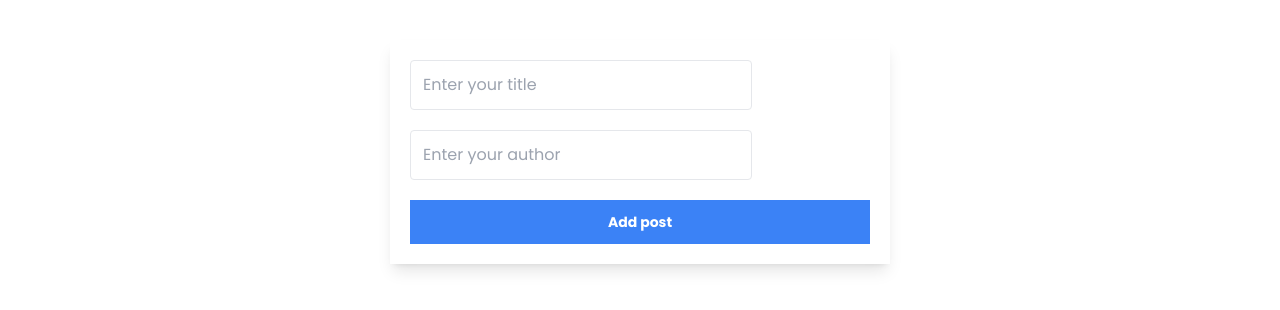
Repository: ThanhPhongsof/React-Course
Page: /
The author's editor kept a copy of each file at every save. The page is drawn from the files as they stood at one save, then again after the next save.
The browser window is 1280 px wide. The pictures show the whole page.
The page's requests for data from a server got no answer. The project was rebuilt for these pictures with package versions that can differ from the ones it lists, and the page was loaded fresh each time. No one was signed in, and anything a server would have sent is missing.

Above is the page before, as saved 2022-04-27 16:59:36.

### src/index.js
import React from "react";
import ReactDOM from "react-dom";
import App from "./App";
import reportWebVitals from "./reportWebVitals";
import "./index.scss";
import { BrowserRouter } from "react-router-dom";

// ReactDOM.render(
//   <React.StrictMode>
//     <BrowserRouter>
//       <App />
//     </BrowserRouter>
//   </React.StrictMode>,
//   document.getElementById("root")
// );

ReactDOM.render(
  <BrowserRouter>
    <App />
  </BrowserRouter>,
  document.getElementById("root")
);

// If you want to start measuring performance in your app, pass a function
// to log results (for example: reportWebVitals(console.log))
// or send to an analytics endpoint. Learn more: https://bit.ly/CRA-vitals
reportWebVitals();

### src/App.js
import React from "react";
import FirebaseApp from "./firebase/FirebaseApp";

const App = () => {
  return (
    <div>
      <FirebaseApp></FirebaseApp>
    </div>
  );
};

export default App;

### src/index.scss
@tailwind base;
@tailwind components;
@tailwind utilities;

@layer base {
  @import url("https://fonts.googleapis.com/css2?family=Poppins:wght@300;400;500;700&display=swap");
  body {
    font-family: "Poppins", sans-serif;
  }
}
.skeleton {
  background-color: #eee;
  background-image: linear-gradient(
    110deg,
    #ececec 8%,
    #f5f5f5 18%,
    #ececec 33%
  );
  background-size: 200% 100%;
  animation: 1.5s shine linear infinite;
}
@keyframes shine {
  to {
    background-position-x: -200%;
  }
}
.zoom-enter .content {
  opacity: 0;
  transform: scale(0.5);
}
.zoom-enter-active .content {
  opacity: 1;
  transform: scale(1);
}
.zoom-exit .content {
  opacity: 1;
}
.zoom-exit-active .content {
  opacity: 0;
  transform: scale(0.5);
}

// Fade

.fade-enter .tooltip {
  opacity: 0;
}
.fade-enter-active .tooltip {
  opacity: 1;
}
.fade-exit .tooltip {
  opacity: 1;
}
.fade-exit-active .tooltip {
  opacity: 0;
}

### src/firebase/FirebaseApp.js
import { collection, getDocs } from "firebase/firestore";
import React, { useEffect } from "react";
import { db } from "./firebase-config";

const FirebaseApp = () => {
  const colRef = collection(db, "posts");

  useEffect(() => {
    // 1. Get collection data (posts)
    getDocs(colRef)
      .then((snapshot) => {
        console.log(snapshot);
        let posts = [];
        snapshot.docs.forEach((doc) => {
          posts.push({
            id: doc.id,
            ...doc.data(),
          });
        });
      })
      .catch((err) => {
        console.log(err);
      });
  }, []);

  return (
    <div className="p-10">
      <div className="w-full max-w-[500px] mx-auto shadow-lg p-5">
        <form>
          <div>
            <input
              type="text"
              name="title"
              className="p-3 mb-5 border border-gray-200 rounded outline-none focus:border-blue-500"
              placeholder="Enter your title"
            />
          </div>
          <div>
            <input
              type="text"
              name="author"
              className="p-3 mb-5 border border-gray-200 rounded outline-none focus:border-blue-500"
              placeholder="Enter your author"
            />
          </div>
          <button
            type="submit"
            className="w-full p-3 text-sm font-semibold text-white bg-blue-500"
          >
            Add post
          </button>
        </form>
      </div>
    </div>
  );
};

export default FirebaseApp;

### src/firebase/firebase-config.js
import { initializeApp } from "firebase/app";
import { getFirestore } from "firebase/firestore";

const firebaseConfig = {
  apiKey: "AIzaSyC355FgwykDKntB_YGE6tMUu9vuh2xR9gM",
  authDomain: "learn-firebase-14a19.firebaseapp.com",
  projectId: "learn-firebase-14a19",
  storageBucket: "learn-firebase-14a19.appspot.com",
  messagingSenderId: "687668366156",
  appId: "1:687668366156:web:1a8d11b45bd537e9fe9de9",
  measurementId: "G-VD0FPZ8499",
};

// Initialize Firebase
const app = initializeApp(firebaseConfig);

// Init services
export const db = getFirestore(app);

### tailwind.config.js
module.exports = {
  content: ["./src/**/*.{js,jsx,ts,tsx}"],
  theme: {
    extend: {
      backgroundImage: {
        "primary-gradient": `linear-gradient(
          86.88deg,
          #7d6aff 1.38%,
          #ffb86c 64.35%,
          #fc2872 119.91%
        )`,
        "secondary-gradient": `linear-gradient(86.88deg, #20e3b2, #2cccff)`,
      },
    },
  },
  plugins: [],
};

Loaded but not shown: public/index.html (common file); src/reportWebVitals.js (common file)

After the next save:
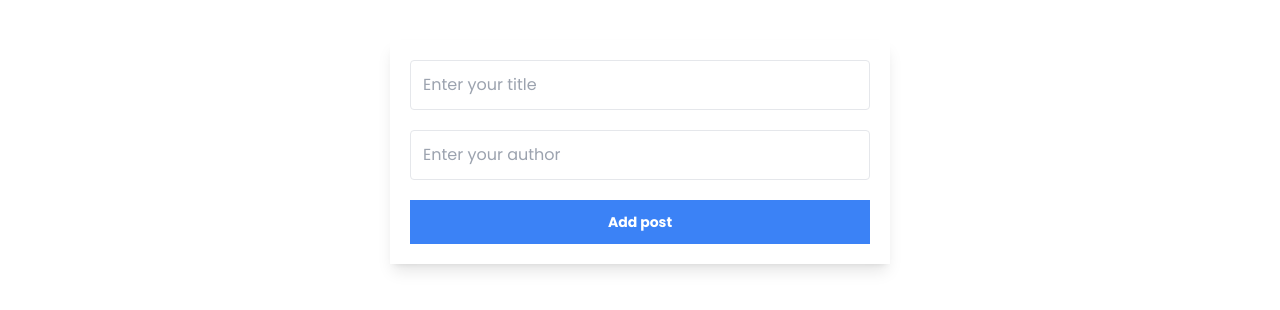
Saved 7 min 38 s later.
--- a/src/firebase/FirebaseApp.js
+++ b/src/firebase/FirebaseApp.js
@@ -31,7 +31,7 @@ const FirebaseApp = () => {
             <input
               type="text"
               name="title"
-              className="p-3 mb-5 border border-gray-200 rounded outline-none focus:border-blue-500"
+              className="w-full p-3 mb-5 border border-gray-200 rounded outline-none focus:border-blue-500"
               placeholder="Enter your title"
             />
           </div>
@@ -39,7 +39,7 @@ const FirebaseApp = () => {
             <input
               type="text"
               name="author"
-              className="p-3 mb-5 border border-gray-200 rounded outline-none focus:border-blue-500"
+              className="w-full p-3 mb-5 border border-gray-200 rounded outline-none focus:border-blue-500"
               placeholder="Enter your author"
             />
           </div>
